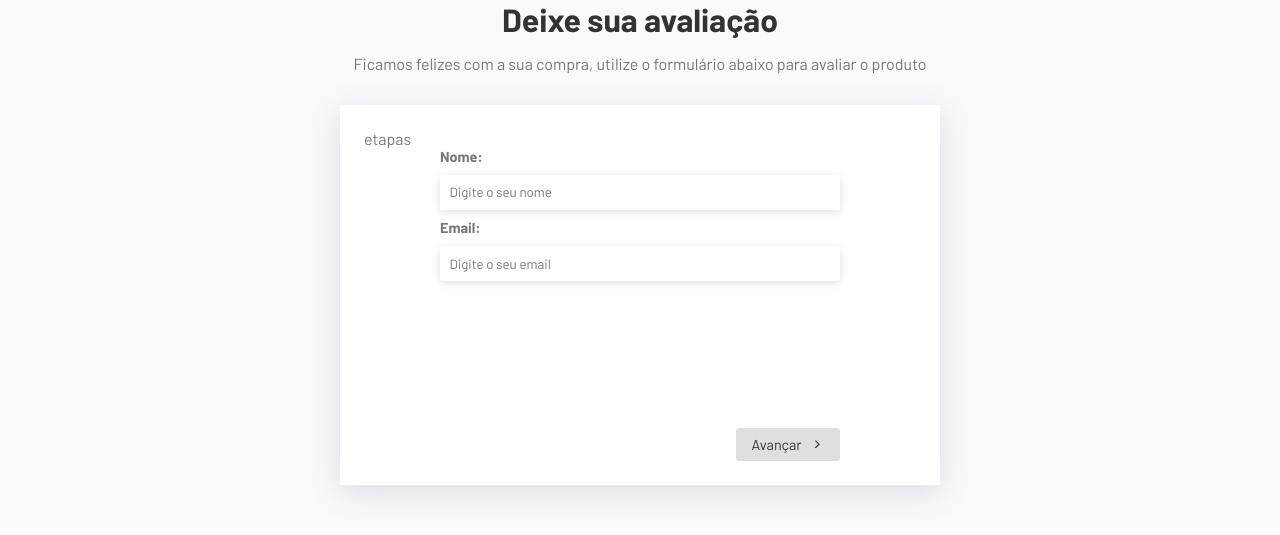
Repository: Bitroia/multistep_form_react
Page: / (app in multistep_form_react/)
The author's editor kept a copy of each file at every save. The page is drawn from the files as they stood at one save, then again after a run of saves.
The browser window is 1280 px wide. The pictures show the whole page.
The project was rebuilt for these pictures with package versions that can differ from the ones it lists, and the page was loaded fresh each time. Also part of the build but not shown: multistep_form_react/vite.config.js, multistep_form_react/src/components/ReviewForm.jsx, multistep_form_react/src/components/Thanks.jsx.

Above is the page before, as saved 2026-06-12 14:15:37.

After the next 2 saves:
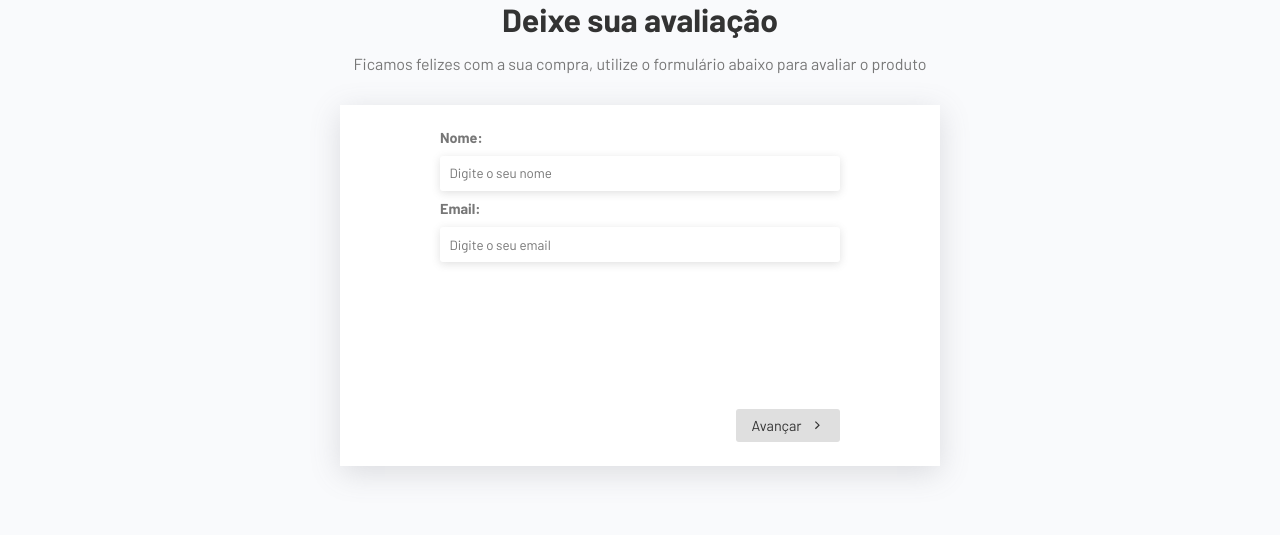
The 2 saves are shown as one change because they came seconds apart.
The last was saved 34 s later.
--- a/multistep_form_react/src/App.jsx
+++ b/multistep_form_react/src/App.jsx
@@ -28,7 +28,7 @@ function App() {
         </p>
       </div>
       <div className="form-container">
-        <p>etapas</p>
+        {}
         <form onSubmit={(e) => changeStep(currentStep + 1, e)}>
           <div className="inputs-container">{currentComponent}</div>
           <div className="actions">
